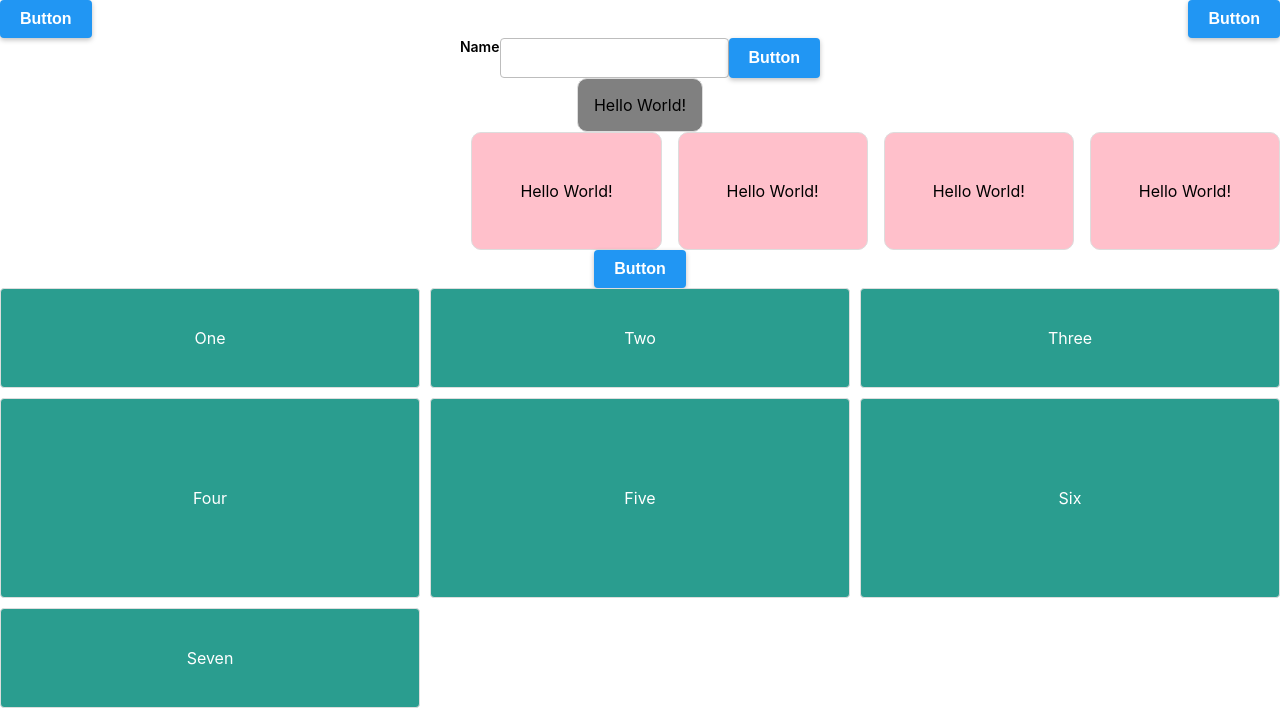
Repository: roistyx/react
Page: /components (app in layouts-app/)
These files come from the project's save history. The page is drawn as it stood at one moment and after the next save; the edit follows.
The browser window is 1280 px wide. The pictures show the whole page.
The project was rebuilt for these pictures with package versions that can differ from the ones it lists, and the page was loaded fresh each time.

Above is the page before, as saved 2023-04-27 15:17:16.

After the next save:
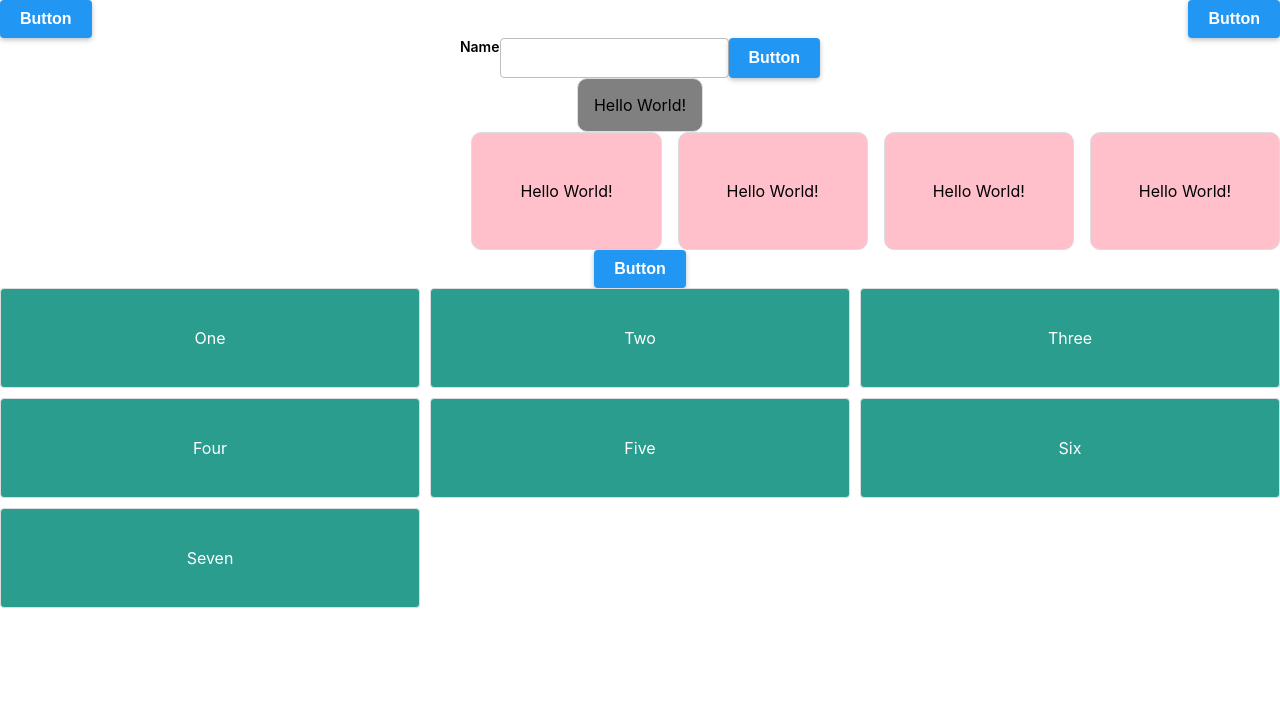
Saved 17 s later.
--- a/layouts-app/src/layouts/Grid.css
+++ b/layouts-app/src/layouts/Grid.css
@@ -3,7 +3,7 @@
 	height: 100%;
 	/* grid-template-rows: 60px 1fr 45px; */
 	grid-template-columns: repeat(3, 1fr);
-	grid-template-rows: 100px 200px 100px;
+	grid-template-rows: 100px 100px 100px;
 	gap: 10px;
 }
 
